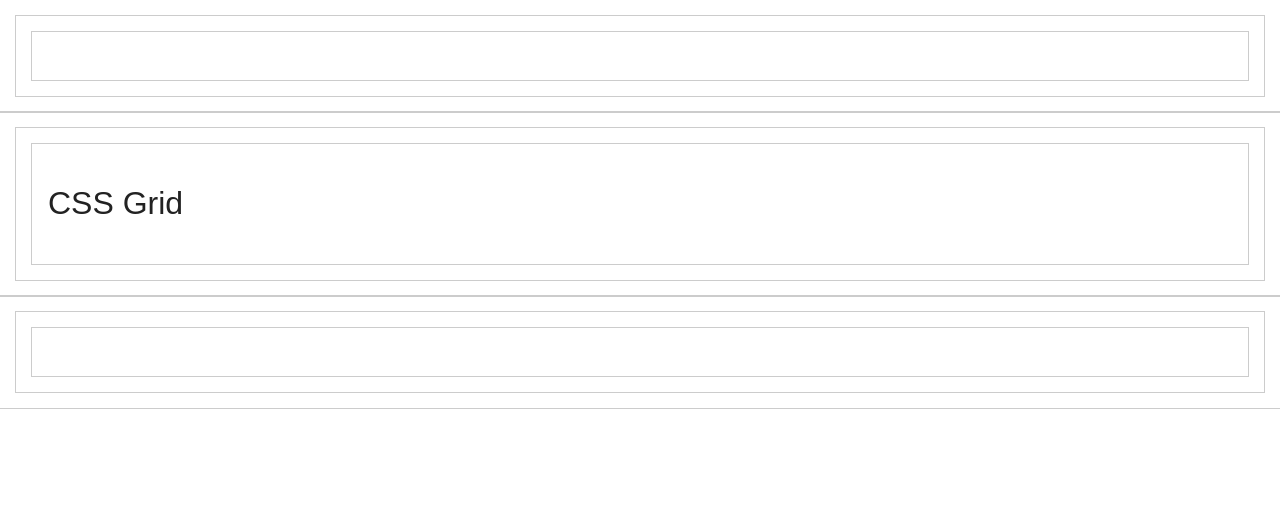
Repository: anoncoderin/madhu_kushal_html_layout
Page: metrosite_week4hw/index.html
These files come from the project's save history. The page is drawn as it stood at one moment and after the next save; the edit follows.
The browser window is 1280 px wide. The pictures show the whole page.

Above is the page before, as saved 2023-01-27 22:46:02.

After the next save:
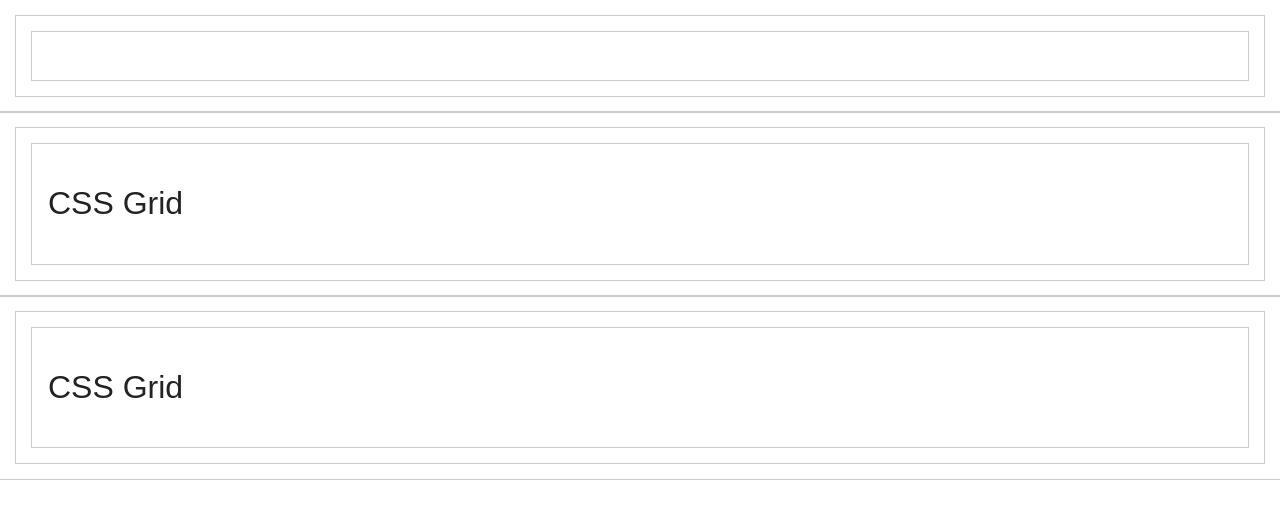
Saved 83 s later.
--- a/metrosite_week4hw/index.html
+++ b/metrosite_week4hw/index.html
@@ -77,7 +77,7 @@
   <footer>
     <div class="">
       <div class="">
-
+        <h1>CSS Grid</h1>
       </div>
     </div>
 
